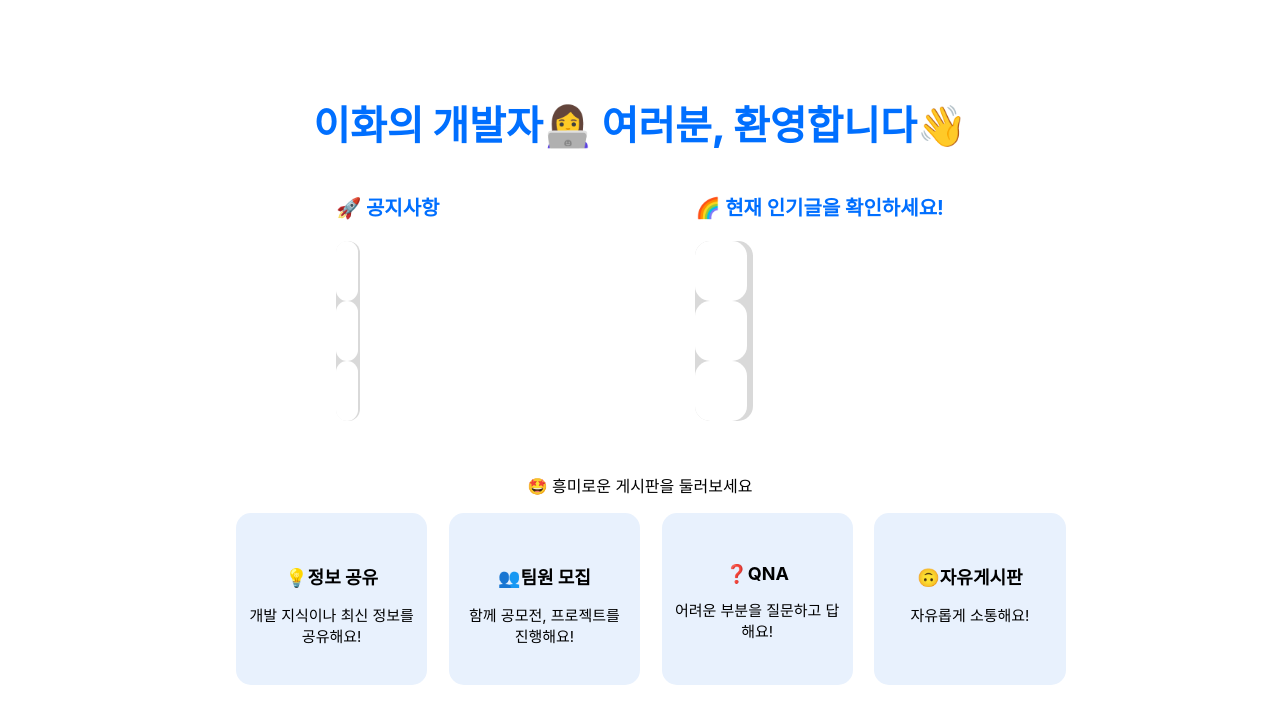
Repository: TeamCosine/Front
Page: /home
These files come from the project's save history. The page is drawn as it stood at one moment and after the next save; the edit follows.
The browser window is 1280 px wide. The pictures show the whole page.
The project was rebuilt for these pictures with package versions that can differ from the ones it lists, and the page was loaded fresh each time. Also part of the build but not shown: src/pages/Profile.js, src/pages/Login.js, src/components/MyInfo/Card.js, src/pages/MyInfo.js, src/pages/Write.js, src/components/common/Title.js, src/pages/Qna.js, src/pages/Invite.js.

Above is the page before, as saved 2023-07-15 22:00:42.

After the next save:
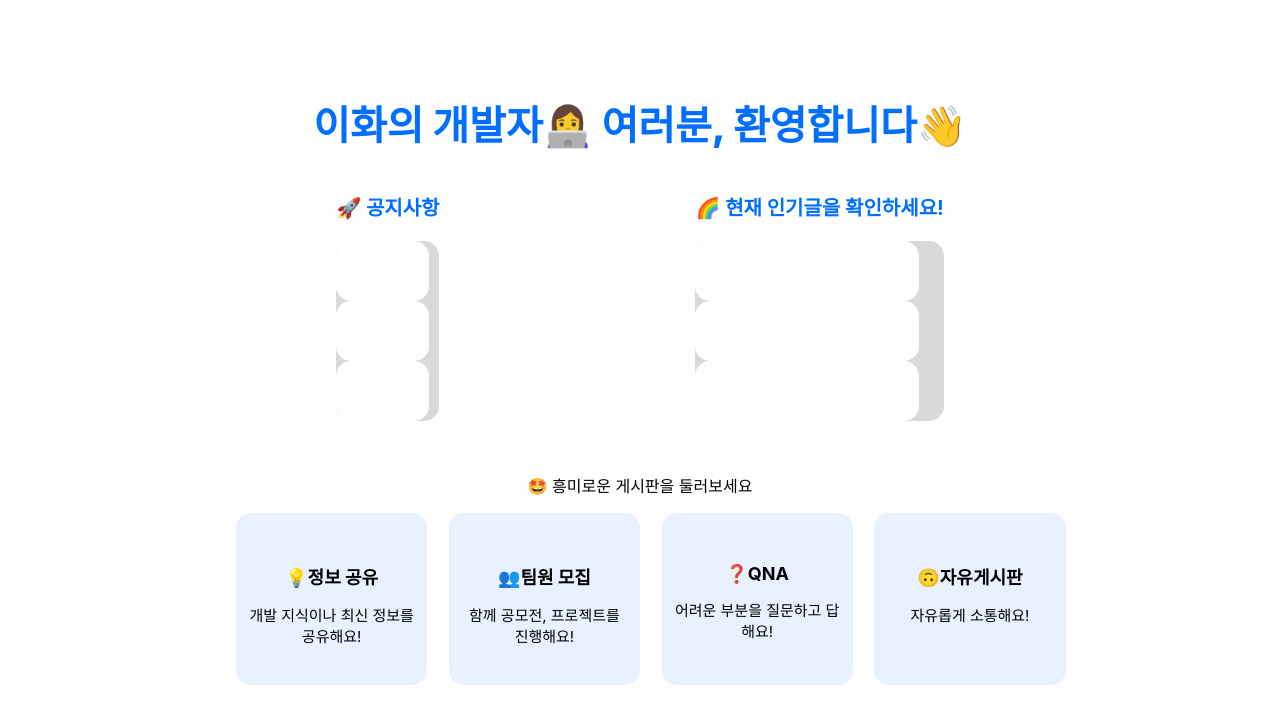
Saved 83 s later.
--- a/src/pages/Home.js
+++ b/src/pages/Home.js
@@ -29,7 +29,6 @@ const Row = styled.div`
 const Container = styled.div`
    background-color: #D9D9D9;
    border-radius: 15px;
-   width : 23%;
    flex-direction: column;
    justify-content: center;
    align-items: center;
